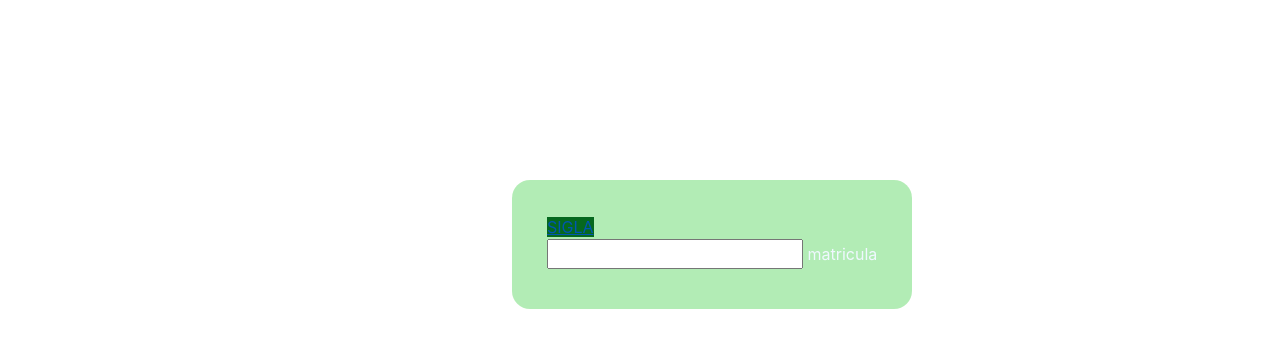
Repository: Melancia06/agenda
Page: index.html
The author's editor kept a copy of each file at every save. The page is drawn from the files as they stood at one save, then again after the next save.
The browser window is 1280 px wide. The pictures show the whole page.
The pointer rests on the first visible `.marca-marca`.

Above is the page before, as saved 2024-08-08 09:26:07.

After the next save:
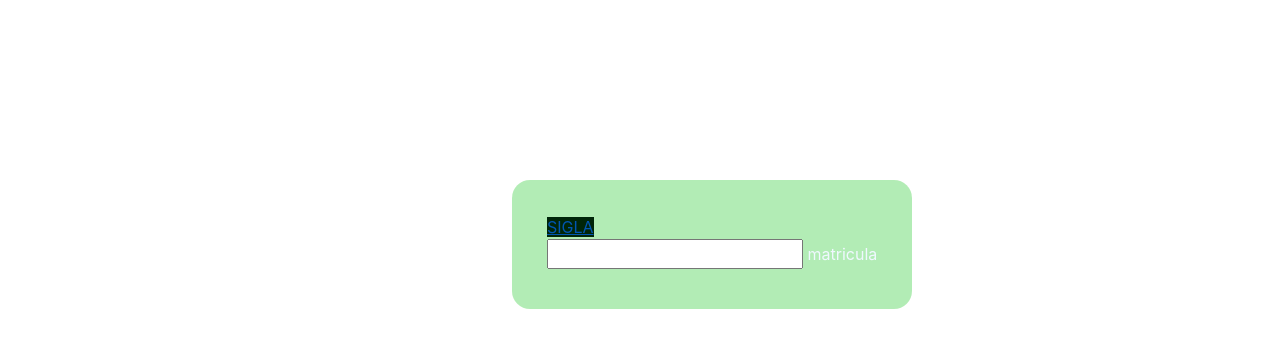
Saved 6 s later.
--- a/css/css.css
+++ b/css/css.css
@@ -8,5 +8,5 @@
     color: aliceblue;
 }
 .marca-marca:hover{
-    background-color:rgb(6, 104, 31);
+    background-color:rgb(0, 37, 9);
 }
